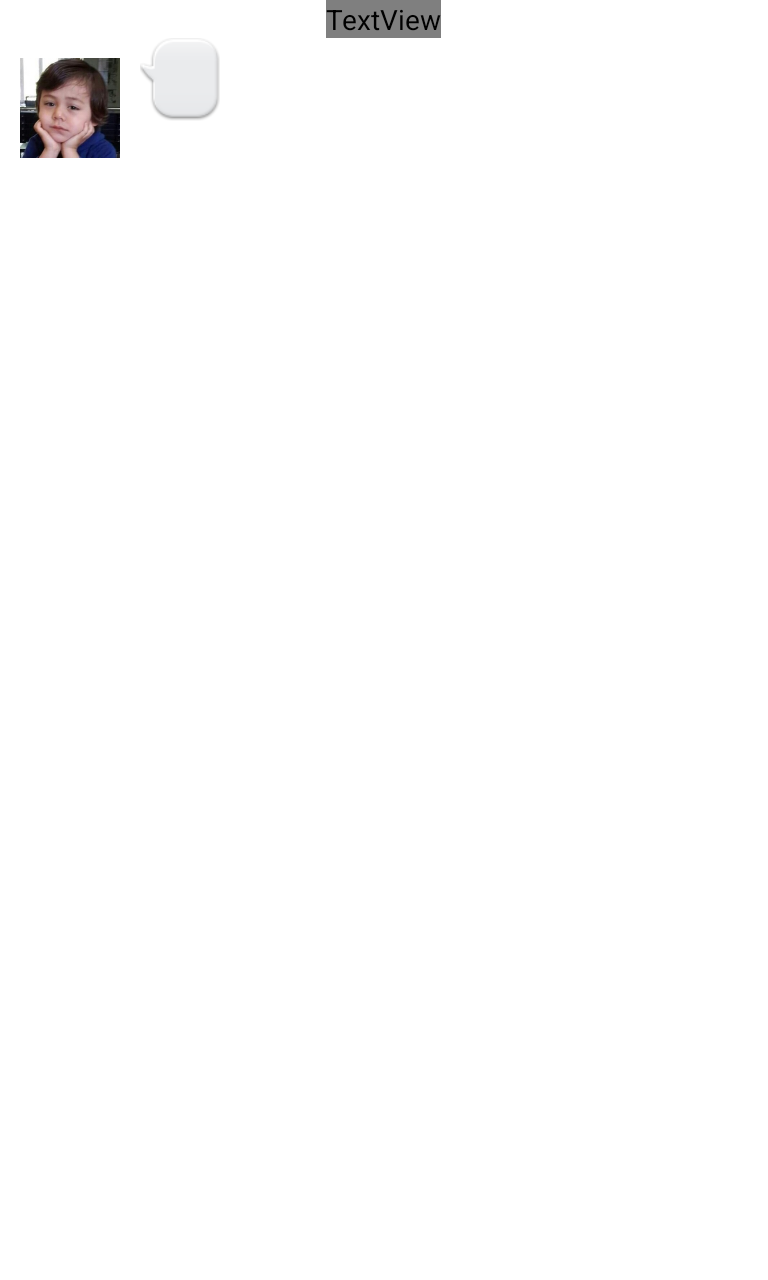
Repository: A203/chenying
Layout: day6/TulingDemo/res/layout/left_item.xml
The author's editor kept a copy of each file at every save. The layout is drawn from the files as they stood at one save, then again after the next save.
Pictures or frames that could not be fetched are drawn as grey boxes. It is drawn on a 768 x 1280 px phone screen (xhdpi) without system bars, with theme AppTheme; the app's code is not run.

Above is the layout before, as saved 2015-07-16 02:23:05.

After the next save:
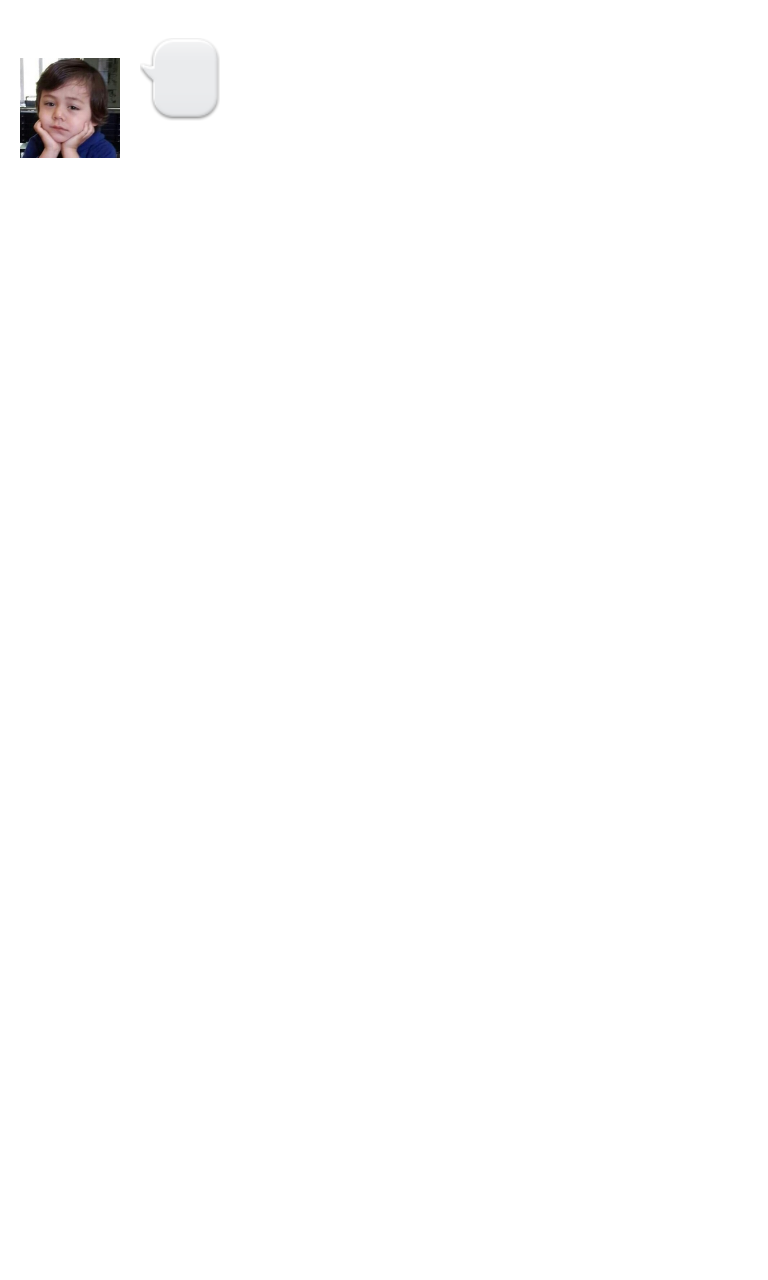
Saved 22 s later.
--- a/day6/TulingDemo/res/layout/left_item.xml
+++ b/day6/TulingDemo/res/layout/left_item.xml
@@ -12,7 +12,7 @@
         android:id="@+id/time"
         android:layout_width="wrap_content"
         android:layout_height="wrap_content"
-        android:textColor=""
+
         android:layout_centerHorizontal="true" />
 
     <ImageView
